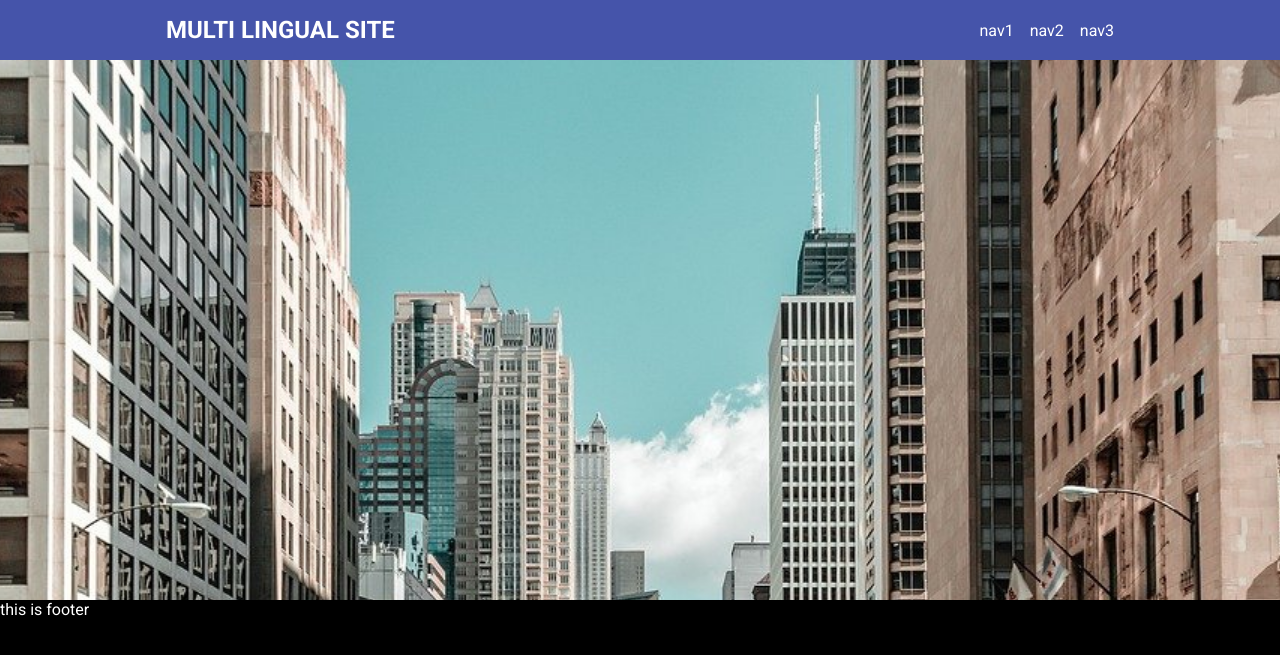
Repository: ksbsh27/multi_lingual
Page: index.html
These files come from the project's save history. The page is drawn as it stood at one moment and after the next save; the edit follows.
The browser window is 1280 px wide. The pictures show the whole page.
The style sheet was rebuilt from its Sass, Less or Tailwind sources for each picture, by a compiler version that may differ from the author's.

Above is the page before, as saved 2022-03-31 22:53:14.

After the next save:
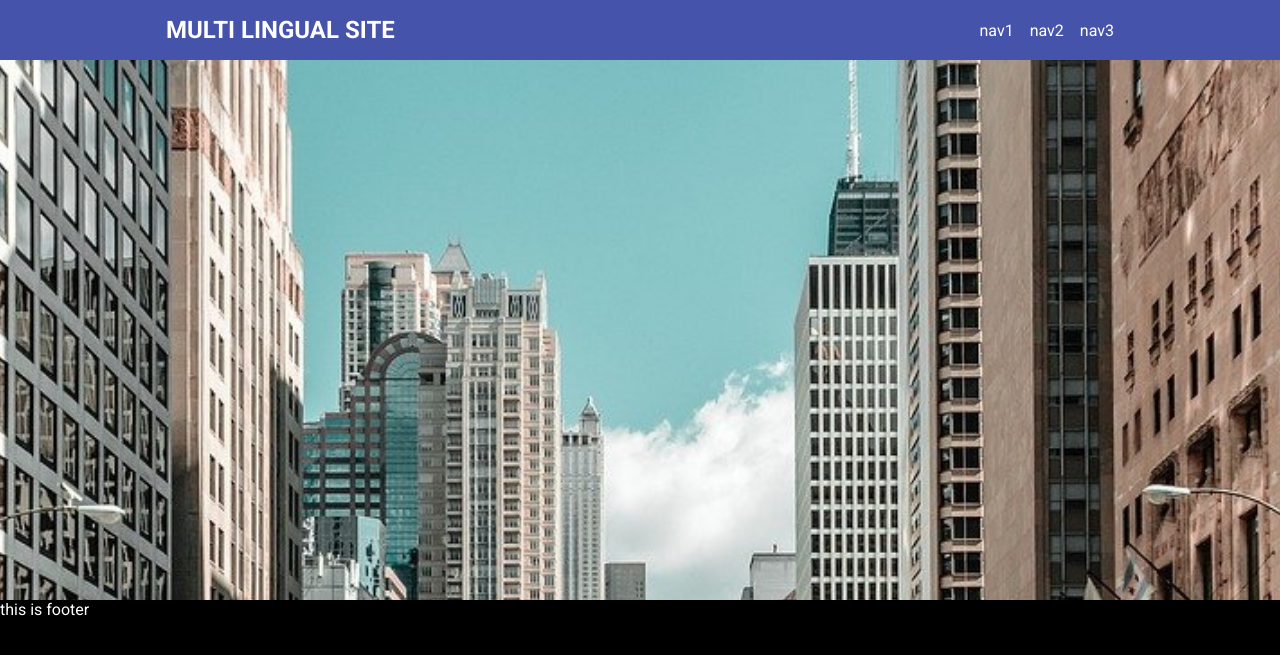
Saved 8 s later.
--- a/sass/style.scss
+++ b/sass/style.scss
@@ -31,7 +31,7 @@
       left: 0;
       opacity: 0;
       transition: .8s;
-      transform: scale(1.5);
+      transform: scale(1.8);
       &.show{
         opacity: 1;
       }
